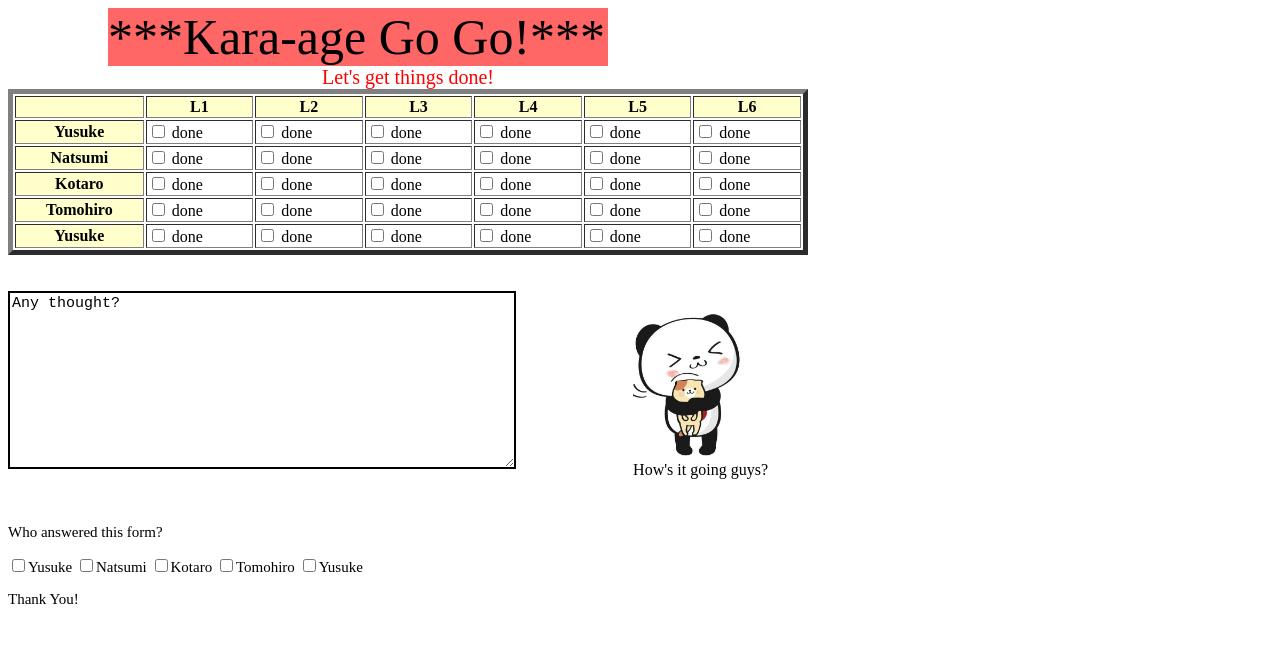
Repository: natsumi-hironaka/micropostsnatsu
Page: tutorials/practice1.html
The author's editor kept a record of every edit. The page is drawn from the files as they stood at one moment, then again after the next edit.
The browser window is 1280 px wide. The pictures show the whole page.

Above is the page before.

### tutorials/practice1.html
<!DOCTYPE html>
<html lang="ja">
    <header>
        ***Kara-age Go Go!***
    </header>
    <body>
    <table border="5">
        <caption>
            Let's get things done!
        </caption>
        <link rel="stylesheet" href="practice.css">
        <tr>
            <th>&nbsp</th>
            <th>L1</th>
            <th>L2</th>
            <th>L3</th>
            <th>L4</th>
            <th>L5</th>
            <th>L6</th>
        </tr>
        <tr>
            <th>Yusuke</th>
            <td><input type="checkbox" value"done"> done </td>
            <td><input type="checkbox" value"done"> done </td>
            <td><input type="checkbox" value"done"> done </td>
            <td><input type="checkbox" value"done"> done </td>
            <td><input type="checkbox" value"done"> done </td>
            <td><input type="checkbox" value"done"> done </td>
        </tr>
        <tr>
            <th>Natsumi</th>
            <td><input type="checkbox" value"done"> done </td>
            <td><input type="checkbox" value"done"> done </td>
            <td><input type="checkbox" value"done"> done </td>
            <td><input type="checkbox" value"done"> done </td>
            <td><input type="checkbox" value"done"> done </td>
            <td><input type="checkbox" value"done"> done </td>

        </tr>
        <tr>
            <th>Kotaro</th>
            <td><input type="checkbox" value"done"> done </td>
            <td><input type="checkbox" value"done"> done </td>
            <td><input type="checkbox" value"done"> done </td>
            <td><input type="checkbox" value"done"> done </td>
            <td><input type="checkbox" value"done"> done </td>
            <td><input type="checkbox" value"done"> done </td>
        </tr>
        <tr>
            <th>Tomohiro</th>
            <td><input type="checkbox" value"done"> done </td>
            <td><input type="checkbox" value"done"> done </td>
            <td><input type="checkbox" value"done"> done </td>
            <td><input type="checkbox" value"done"> done </td>
            <td><input type="checkbox" value"done"> done </td>
            <td><input type="checkbox" value"done"> done </td>
        </tr>
        <tr>
            <th>Yusuke</th>
            <td><input type="checkbox" value"done"> done </td>
            <td><input type="checkbox" value"done"> done </td>
            <td><input type="checkbox" value"done"> done </td>
            <td><input type="checkbox" value"done"> done </td>
            <td><input type="checkbox" value"done"> done </td>
            <td><input type="checkbox" value"done"> done </td>
        </tr>
    </table>
        <br>
        <br>
    <textarea rows="10" cols="60"　border-style:double;>Any thought?</textarea>
    <figure>
        <img src="rakuten karaage.jpg" width=110px height=150px>
        <figcaption>How's it going guys?</figcaption>
    </figure>
        <br>
        <br>
        <br>
    <p>
        Who answered this form?
    </p>
    <p>
        <input type="checkbox">Yusuke
        <input type="checkbox">Natsumi
        <input type="checkbox">Kotaro
        <input type="checkbox">Tomohiro
        <input type="checkbox">Yusuke
    </p>
    <p>
        Thank You!
    </p>
    </body>

### tutorials/practice.css
@charset "UTF-8";


caption {
    color: red;
    font-size: 20px;
}

th {
    background-color: #ffffcc;
}

textarea {
    border: 2px black double;
}

figure {
    float: right;
}

textarea {
    font-size: 15px;
}

p {
    font-size: 15px;
}

body {
    width: 800px;
}

table {
    width: 800px;
}

textarea {
    width: 500px;
}

header {
    background-color: #ff6666;
    font-size: 50px;
    width:500px;
    margin-right: 100;
    margin-left : 100px;
}

After the next edit:
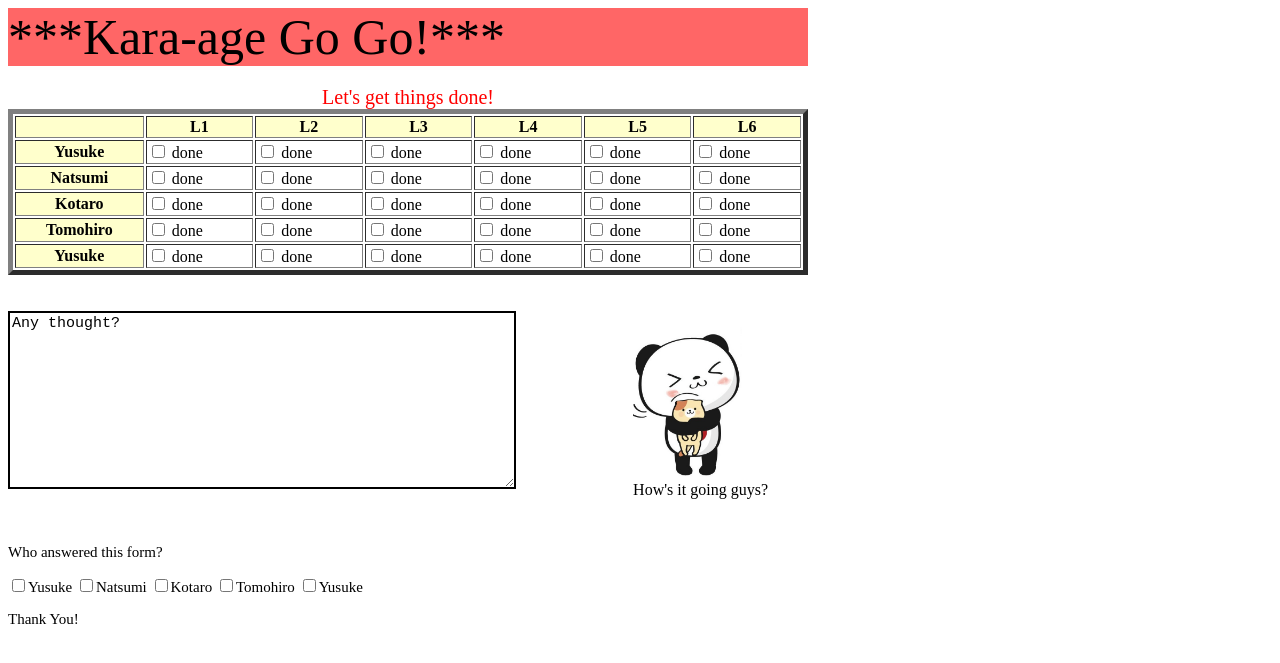
The edit:
--- a/tutorials/practice.css
+++ b/tutorials/practice.css
@@ -41,7 +41,6 @@
 header {
     background-color: #ff6666;
     font-size: 50px;
-    width:500px;
-    margin-right: 100;
-    margin-left : 100px;
+    width:800px;
+    margin-bottom: 20px;
 }
